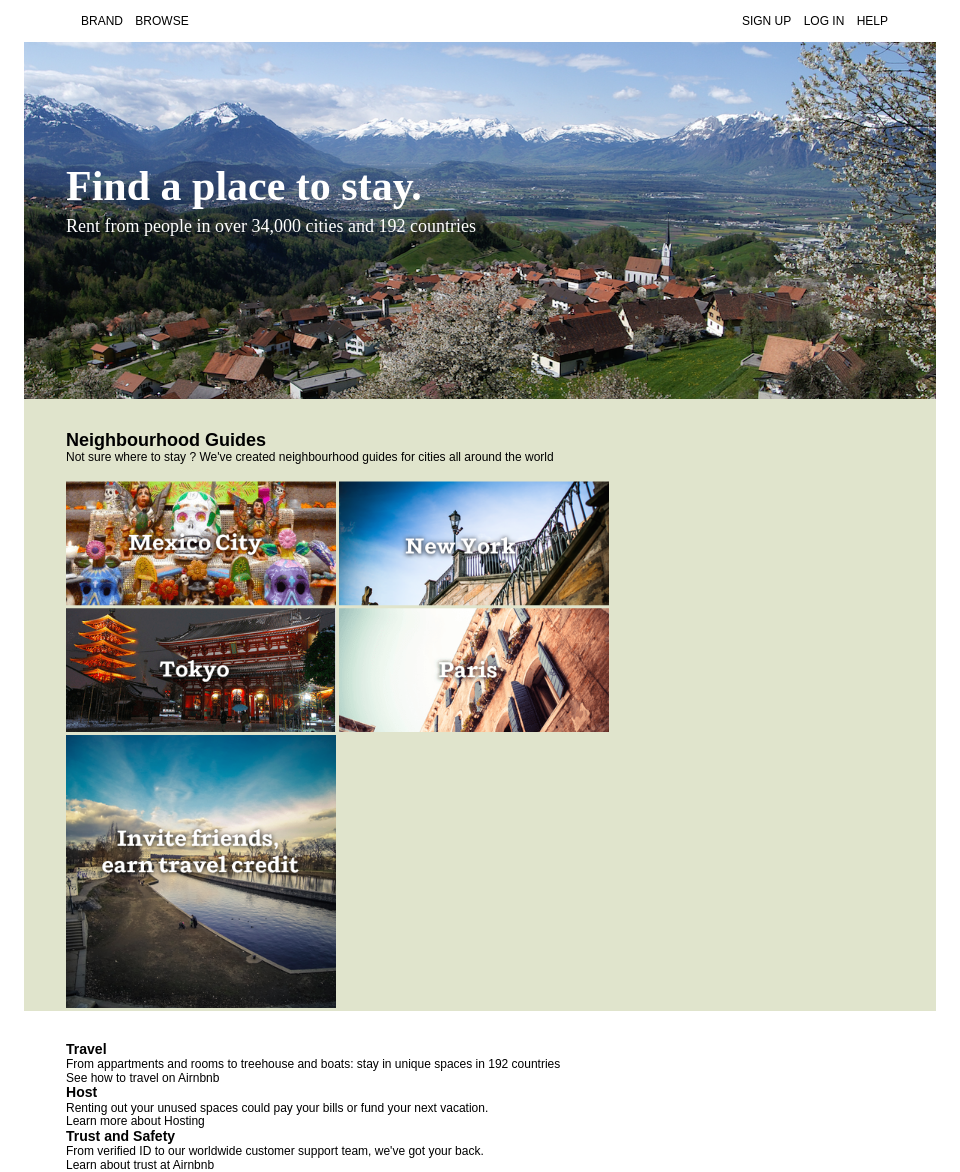
Repository: Naohonproject/web101x02_asm1
Page: Project2.html
The author's editor kept a copy of each file at every save. The page is drawn from the files as they stood at one save, then again after the next save.
The browser window is 1280 px wide. The pictures show the whole page, at 75% of full size.

Above is the page before, as saved 2022-01-15 19:33:48.

After the next save:
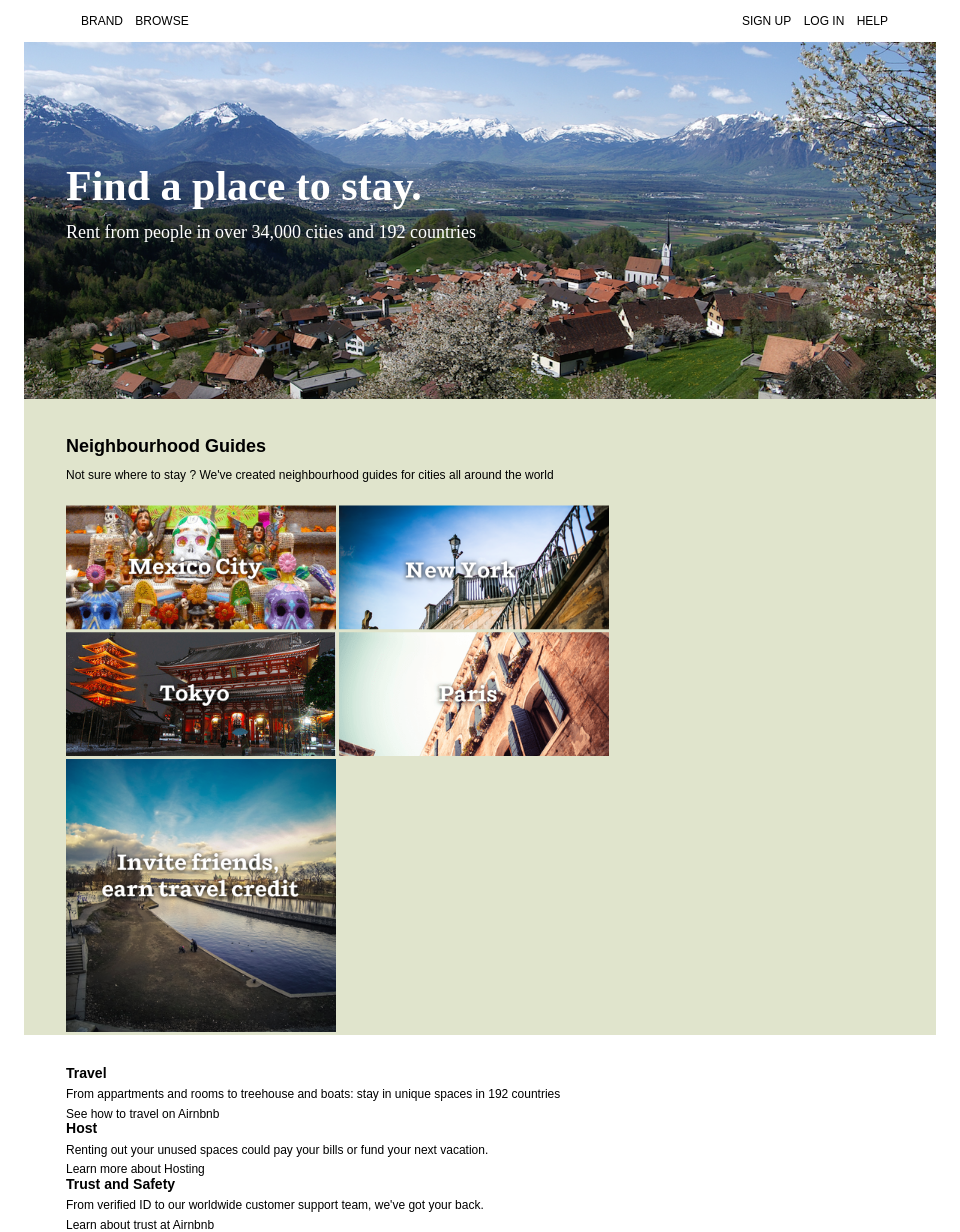
Saved 16 s later.
--- a/assets/css/style.css
+++ b/assets/css/style.css
@@ -130,7 +130,8 @@ body {
 #content .content-heading {
 	margin-bottom: 24px;
 }
-#content .content-heading h2.p {
+#content .content-heading h2,
+p {
 	padding: 8px 0;
 }
 /* end styling content */
